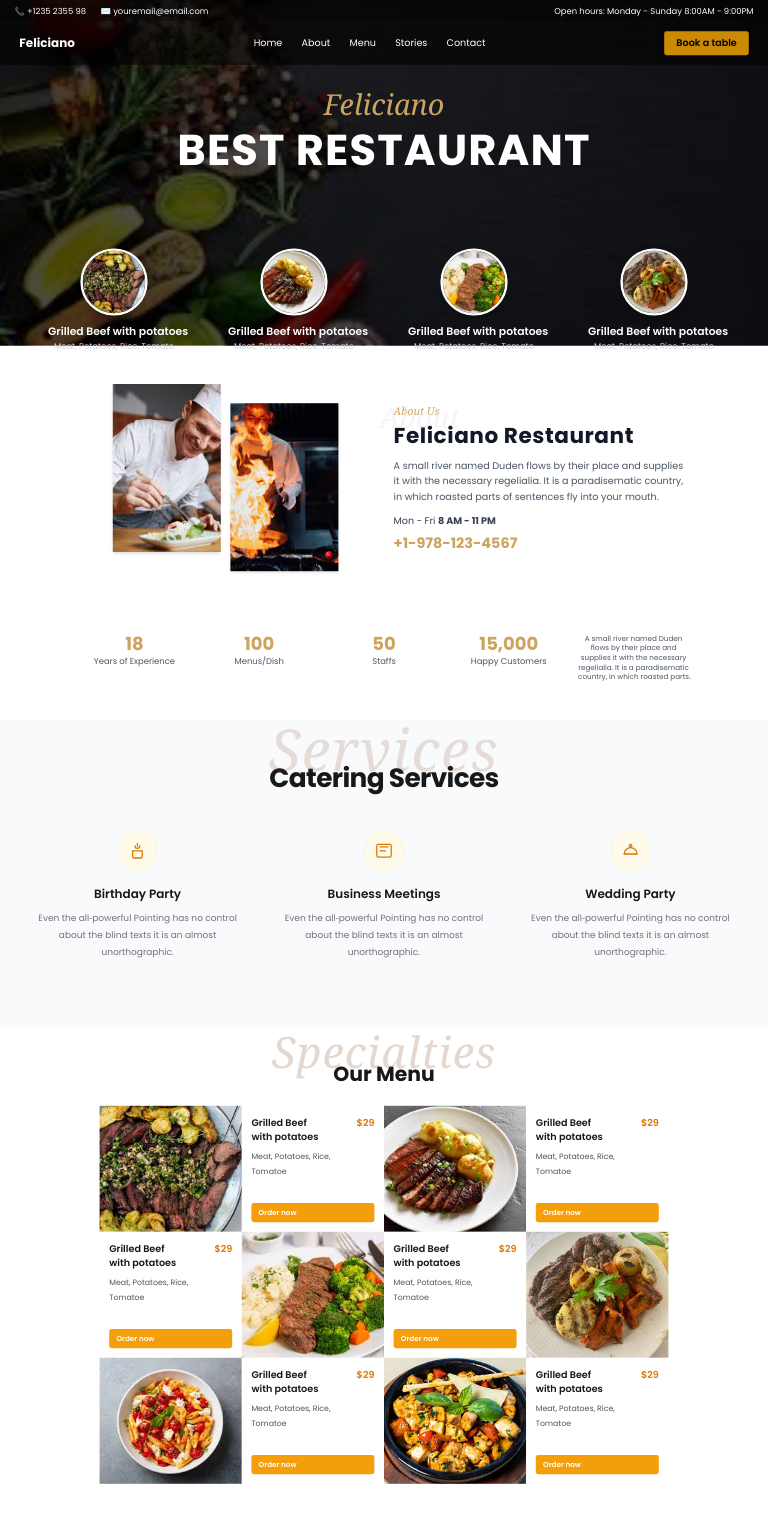
Repository: Purniagithub/Benttacproject
Page: /
The author's editor kept a copy of each file at every save. The page is drawn from the files as they stood at one save, then again after the next save.
The browser window is 1280 px wide. The pictures show the whole page, at 60% of full size.
Some web fonts or font styles are not loaded; a fallback is used. The project was rebuilt for these pictures with package versions that can differ from the ones it lists, and the page was loaded fresh each time. Also part of the build but not shown: vite.config.js.

Above is the page before, as saved 2025-08-21 18:23:01.

### index.html
<!doctype html>
<html lang="en">
  <head>
    <meta charset="UTF-8" />
    <link rel="icon" type="image/svg+xml" href="/vite.svg" />
    <link href="https://fonts.googleapis.com/css2?family=Playfair+Display:ital,wght@1,500&family=Poppins:wght@400;600;700&display=swap" rel="stylesheet">
    <link rel="preconnect" href="https://fonts.gstatic.com" crossorigin>
<link href="https://fonts.googleapis.com/css2?family=Playfair+Display:ital,wght@1,400;1,600&display=swap" rel="stylesheet">

    <meta name="viewport" content="width=device-width, initial-scale=1.0" />
    <title>Vite + React</title>
  </head>
  <body>
    <div id="root"></div>
    <script type="module" src="/src/main.jsx"></script>
  </body>
</html>

### src/App.jsx
import React from "react";
import Navbar from "./components/Navbar";
import Hero from "./components/Hero";

function App() {
  return (
    <div className="font-poppins">
      <Navbar />
      <Hero />
    </div>
  );
}

export default App;

### src/components/Navbar.jsx
import React from "react";

const Navbar = () => {
  return (
    <header className="absolute top-0 left-0 w-full z-50">
      {/* Top bar */}
      <div className="flex justify-between items-center bg-black bg-opacity-70 text-white text-sm px-6 py-2">
        <div className="flex space-x-6">
          <span>📞 +1235 2355 98</span>
          <span>✉️ youremail@email.com</span>
        </div>
        <span>Open hours: Monday - Sunday 8:00AM - 9:00PM</span>
      </div>

      {/* Main Navbar */}
      <nav className="flex justify-between items-center bg-black bg-opacity-60 text-white px-8 py-4">
        <h1 className="text-xl font-bold">Feliciano</h1>
        <ul className="flex space-x-8 font-medium">
          <li><a href="#" className="hover:text-yellow-400">Home</a></li>
          <li><a href="#" className="hover:text-yellow-400">About</a></li>
          <li><a href="#" className="hover:text-yellow-400">Menu</a></li>
          <li><a href="#" className="hover:text-yellow-400">Stories</a></li>
          <li><a href="#" className="hover:text-yellow-400">Contact</a></li>
        </ul>
        <button className="bg-yellow-600 hover:bg-yellow-700 px-5 py-2 rounded text-black font-semibold">
          Book a table
        </button>
      </nav>
    </header>
  );
};

export default Navbar;

### src/components/Hero.jsx
import React from "react";
import AboutSection from "../components/AboutSection";
import CateringServices from "./CateringServices";
import MenuTightGrid from "../components/MenuTightGrid";

const dishes = [
  { id: 1, name: "Grilled Beef with potatoes", desc: "Meat, Potatoes, Rice, Tomato", img: "/dish-1.jpeg" },
  { id: 2, name: "Grilled Beef with potatoes", desc: "Meat, Potatoes, Rice, Tomato", img: "/dish-2.jpeg" },
  { id: 3, name: "Grilled Beef with potatoes", desc: "Meat, Potatoes, Rice, Tomato", img: "/dish-3.jpeg" },
  { id: 4, name: "Grilled Beef with potatoes", desc: "Meat, Potatoes, Rice, Tomato", img: "/dish-4.jpeg" },
];

const Hero = () => {
  return (
    <>
    <section
      className="relative h-[80vh] bg-cover bg-center flex flex-col justify-center items-center text-white px-4"
      style={{ backgroundImage: "url('/img-4.jpeg')" }}
    >
      {/* Dark overlay */}
      <div className="absolute inset-0 bg-black/70"></div>

      {/* Headings */}
      <div className="relative z-10 text-center mt-20 md:mt-32 lg:mt-40">
        <h2 className="text-3xl md:text-4xl lg:text-5xl font-serif italic text-[#CDA45E]">
          Feliciano
        </h2>
        <h1 className="text-4xl md:text-5xl lg:text-7xl font-extrabold tracking-wide mt-3 md:mt-4 uppercase">
          Best Restaurant
        </h1>
      </div>

      {/* Dish Cards */}
      <div className="relative z-10 grid grid-cols-1 sm:grid-cols-2 md:grid-cols-4 gap-10 md:gap-16 lg:gap-20 mt-16 md:mt-24 lg:mt-32">
        {dishes.map((dish) => (
          <div key={dish.id} className="text-center max-w-[220px] mx-auto">
            <img
              src={dish.img}
              alt={dish.name}
              className="w-24 h-24 md:w-28 md:h-28 object-cover rounded-full mx-auto border-4 border-white shadow-lg"
            />
            <h3 className="mt-3 font-semibold text-base md:text-lg whitespace-nowrap">
              {dish.name}
            </h3>
            <p className="text-xs md:text-sm text-gray-300">{dish.desc}</p>
          </div>
        ))}
      </div>
    </section>
     {/* Other sections */}
     <AboutSection />
     <CateringServices />
     <MenuTightGrid tileHeight={210} containerWidth={980} />

</>
  );
};

export default Hero;

### src/components/AboutSection.jsx
// src/components/AboutSection.jsx
import React from "react";

export default function AboutSection() {
  return (
    <section className="w-full bg-white py-16">
      <div className="max-w-5xl mx-auto text-center">
        {/* Top Grid (Images + Content) */}
        <div className="grid grid-cols-1 lg:grid-cols-2 gap-8 items-center">
          {/* Left Images */}
          <div className="flex justify-center gap-4">
            <img
              src="/chef-1.jpeg"
              alt="Chef serving"
              className="shadow-md object-cover h-[280px] w-[180px]"
            />
            <img
              src="/chef-5.jpeg"
              alt="Cooking food"
              className="shadow-md object-cover h-[280px] w-[180px] mt-8"
            />
          </div>

          {/* Right Content */}
          <div className="text-left lg:text-left">
            <h3 className="text-lg font-serif italic text-[#CDA45E] relative mb-2">
              <span className="absolute -left-6 top-0 text-5xl text-gray-200 opacity-40">
                About
              </span>
              About Us
            </h3>
            <h2 className="text-4xl font-bold text-gray-900 mb-4 tracking-wide">
              Feliciano Restaurant
            </h2>
            <p className="text-gray-600 mb-4 leading-relaxed">
              A small river named Duden flows by their place and supplies it
              with the necessary regelialia. It is a paradisematic country, in
              which roasted parts of sentences fly into your mouth.
            </p>

            <p className="text-gray-700 mb-2">
              Mon - Fri <span className="font-bold">8 AM - 11 PM</span>
            </p>
            <p className="text-2xl font-bold text-[#CDA45E]">
              +1-978-123-4567
            </p>
          </div>
        </div>

        {/* Stats Section */}
        <div className="grid grid-cols-2 sm:grid-cols-5 gap-4 mt-16 pt-10">
          <div className="text-center">
            <h4 className="text-3xl font-bold text-[#CDA45E]">18</h4>
            <p className="text-sm text-gray-600">Years of Experience</p>
          </div>
          <div className="text-center">
            <h4 className="text-3xl font-bold text-[#CDA45E]">100</h4>
            <p className="text-sm text-gray-600">Menus/Dish</p>
          </div>
          <div className="text-center">
            <h4 className="text-3xl font-bold text-[#CDA45E]">50</h4>
            <p className="text-sm text-gray-600">Staffs</p>
          </div>
          <div className="text-center">
            <h4 className="text-3xl font-bold text-[#CDA45E]">15,000</h4>
            <p className="text-sm text-gray-600">Happy Customers</p>
          </div>
          <div className="text-center text-xs line-clamp-5">
            <p className="text-xs text-gray-600">A small river named Duden flows by their place and supplies it
              with the necessary regelialia. It is a paradisematic country, in
              which roasted parts of sentences fly into your mouth.</p>
          </div>
        </div>
      </div>
    </section>
  );
}

### src/components/CateringServices.jsx
import React from "react";

function IconCake(props) {
  return (
    <svg viewBox="0 0 24 24" aria-hidden="true" {...props}>
      <g fill="none" stroke="currentColor" strokeWidth="1.6" strokeLinecap="round" strokeLinejoin="round">
        <path d="M12 3v3" />
        <path d="M9 6a3 3 0 1 0 6 0" />
        <path d="M6 12h12" />
        <path d="M6 12v7a2 2 0 0 0 2 2h8a2 2 0 0 0 2-2v-7" />
      </g>
    </svg>
  );
}

function IconMeeting(props) {
  return (
    <svg viewBox="0 0 24 24" aria-hidden="true" {...props}>
      <g fill="none" stroke="currentColor" strokeWidth="1.6" strokeLinecap="round" strokeLinejoin="round">
        <path d="M7 7h10M7 12h7" />
        <path d="M3 18a2 2 0 0 0 2 2h14a2 2 0 0 0 2-2V6a2 2 0 0 0-2-2H5a2 2 0 0 0-2 2z" />
      </g>
    </svg>
  );
}

function IconCloche(props) {
  return (
    <svg viewBox="0 0 24 24" aria-hidden="true" {...props}>
      <g fill="none" stroke="currentColor" strokeWidth="1.6" strokeLinecap="round" strokeLinejoin="round">
        <path d="M12 7a1.5 1.5 0 1 0 0-3 1.5 1.5 0 0 0 0 3z" />
        <path d="M4 16a8 8 0 1 1 16 0" />
        <path d="M4 16h16" />
      </g>
    </svg>
  );
}

const cards = [
  {
    title: "Birthday Party",
    text:
      "Even the all‑powerful Pointing has no control about the blind texts it is an almost unorthographic.",
    Icon: IconCake,
  },
  {
    title: "Business Meetings",
    text:
      "Even the all‑powerful Pointing has no control about the blind texts it is an almost unorthographic.",
    Icon: IconMeeting,
  },
  {
    title: "Wedding Party",
    text:
      "Even the all‑powerful Pointing has no control about the blind texts it is an almost unorthographic.",
    Icon: IconCloche,
  },
];

export default function CateringServices({
  id = "services",
  heading = "Catering Services",
  accent = "Services",
}) {
  return (
    <section id={id} className="relative isolate bg-gray-50 py-24 sm:py-28">
      {/* Accent word behind heading */}
      <div aria-hidden className="pointer-events-none absolute inset-x-0 -top-1 sm:top-0 text-center">
        <span className="select-none font-serif italic tracking-wide text-amber-900/15 text-7xl sm:text-8xl md:text-[96px] leading-none">
          {accent}
        </span>
      </div>

      <div className="mx-auto max-w-[1200px] px-4">
        {/* Main heading */}
        <h2 className="text-center text-[34px] sm:text-[38px] md:text-[44px] font-extrabold tracking-tight text-zinc-900 -mt-12">
          {heading}
        </h2>

        {/* Cards */}
        <div className="mt-14 grid grid-cols-1 md:grid-cols-3 gap-12 md:gap-16">
          {cards.map(({ title, text, Icon }) => (
            <article key={title} className="text-center">
              <div className="mx-auto mb-6 flex h-16 w-16 items-center justify-center rounded-full bg-amber-50 ring-1 ring-amber-100 text-amber-600">
                <Icon className="h-8 w-8" />
              </div>
              <h3 className="text-[20px] font-semibold text-zinc-900">{title}</h3>
              <p className="mt-3 mx-auto max-w-[340px] text-[15px] leading-7 text-zinc-500">
                {text}
              </p>
            </article>
          ))}
        </div>
      </div>
    </section>
  );
}

### src/components/MenuTightGrid.jsx
import React from "react";

const tiles = [
  // Row 1
  { type: "image", src: "/dish-1.jpeg", alt: "Dish 1" },
  { type: "card",  title: "Grilled Beef\nwith potatoes", price: 29, lines: ["Meat, Potatoes, Rice,", "Tomatoe"] },
  { type: "image", src: "/dish-2.jpeg", alt: "Dish 2" },
  { type: "card",  title: "Grilled Beef\nwith potatoes", price: 29, lines: ["Meat, Potatoes, Rice,", "Tomatoe"] },
  // Row 2
  { type: "card",  title: "Grilled Beef\nwith potatoes", price: 29, lines: ["Meat, Potatoes, Rice,", "Tomatoe"] },
  { type: "image", src: "/dish-3.jpeg", alt: "Dish 3" },
  { type: "card",  title: "Grilled Beef\nwith potatoes", price: 29, lines: ["Meat, Potatoes, Rice,", "Tomatoe"] },
  { type: "image", src: "/dish-4.jpeg", alt: "Dish 5" },
  // Row 3
  { type: "image", src: "/dish-5.jpeg", alt: "Dish 6" },
  { type: "card",  title: "Grilled Beef\nwith potatoes", price: 29, lines: ["Meat, Potatoes, Rice,", "Tomatoe"] },
  { type: "image", src: "/dish-6.jpeg", alt: "Dish 6" },
  { type: "card",  title: "Grilled Beef\nwith potatoes", price: 29, lines: ["Meat, Potatoes, Rice,", "Tomatoe"] },
];

function Price({ value }) {
  return <span className="text-[16px] font-semibold text-amber-600">{`$${value}`}</span>;
}

function OrderBtn() {
  return (
    <button className="inline-flex h-8 items-center rounded bg-amber-500 px-3 text-xs font-semibold text-white hover:bg-amber-600">
      Order now
    </button>
  );
}

function Card({ title, price, lines }) {
  return (
    // NO outer padding or margin; fill the grid cell entirely
    <div className="h-full w-full bg-white">
      {/* Internal spacing for the card content only */}
      <article className="flex h-full w-full flex-col justify-between p-4">
        <div>
          <div className="flex items-start justify-between gap-3">
            <h3 className="whitespace-pre-line text-[16px] font-semibold leading-6 text-zinc-900">
              {title}
            </h3>
            <Price value={price} />
          </div>
          <ul className="mt-2 space-y-0.5 text-[13px] leading-6 text-zinc-600">
            {lines.map((t, i) => (
              <li key={i}>{t}</li>
            ))}
          </ul>
        </div>
        <OrderBtn />
      </article>
    </div>
  );
}

function TileImage({ src, alt }) {
  return (
    // NO padding/margin; image covers the tile
    <div className="h-full w-full">
      <img src={src} alt={alt} className="h-full w-full object-cover" loading="lazy" />
    </div>
  );
}

export default function MenuTightGrid({
  id = "menu",
  heading = "Our Menu",
  accent = "Specialties",
  data = tiles,
  // Adjust these two to tune exact size
  tileHeight = 210,      // each tile’s fixed height (px)
  containerWidth = 980,  // overall section width (px)
}) {
  return (
    <section id={id} className="relative isolate bg-white py-14">
      {/* Accent script word behind heading */}
      <div aria-hidden className="pointer-events-none absolute inset-x-0 top-1 text-center">
        <span className="select-none font-serif italic text-[60px] md:text-[72px] leading-none tracking-wide text-amber-900/20">
          {accent}
        </span>
      </div>

      <div className="mx-auto px-4" style={{ maxWidth: `${containerWidth}px` }}>
        <h2 className="text-center text-[30px] md:text-[34px] font-extrabold leading-tight text-zinc-900">
          {heading}
        </h2>

        {/* 4-column grid — zero gap, zero padding */}
        <div className="mt-8 grid grid-cols-4 gap-0">
          {data.map((t, i) => (
            <div key={i} className="m-0 p-0" style={{ height: `${tileHeight}px` }}>
              {t.type === "card" ? (
                <Card title={t.title} price={t.price} lines={t.lines} />
              ) : (
                <TileImage src={t.src} alt={t.alt} />
              )}
            </div>
          ))}
        </div>
      </div>
    </section>
  );
}

### tailwind.config.js
/** @type {import('tailwindcss').Config} */
export default {
  content: ["./index.html",
    "./src/**/*.{js,ts,jsx,tsx}",],
  theme: {
    extend: {fontFamily: {
      sans: ['Poppins', 'sans-serif'],
      serif: ['Playfair Display', "Georgia", 'serif'],
    },
    colors: {
      gold: "#CDA45E",
    },},
  },
  plugins: [],
}

Loaded but not shown: src/main.jsx (common file); src/index.css (common file)

After the next save:
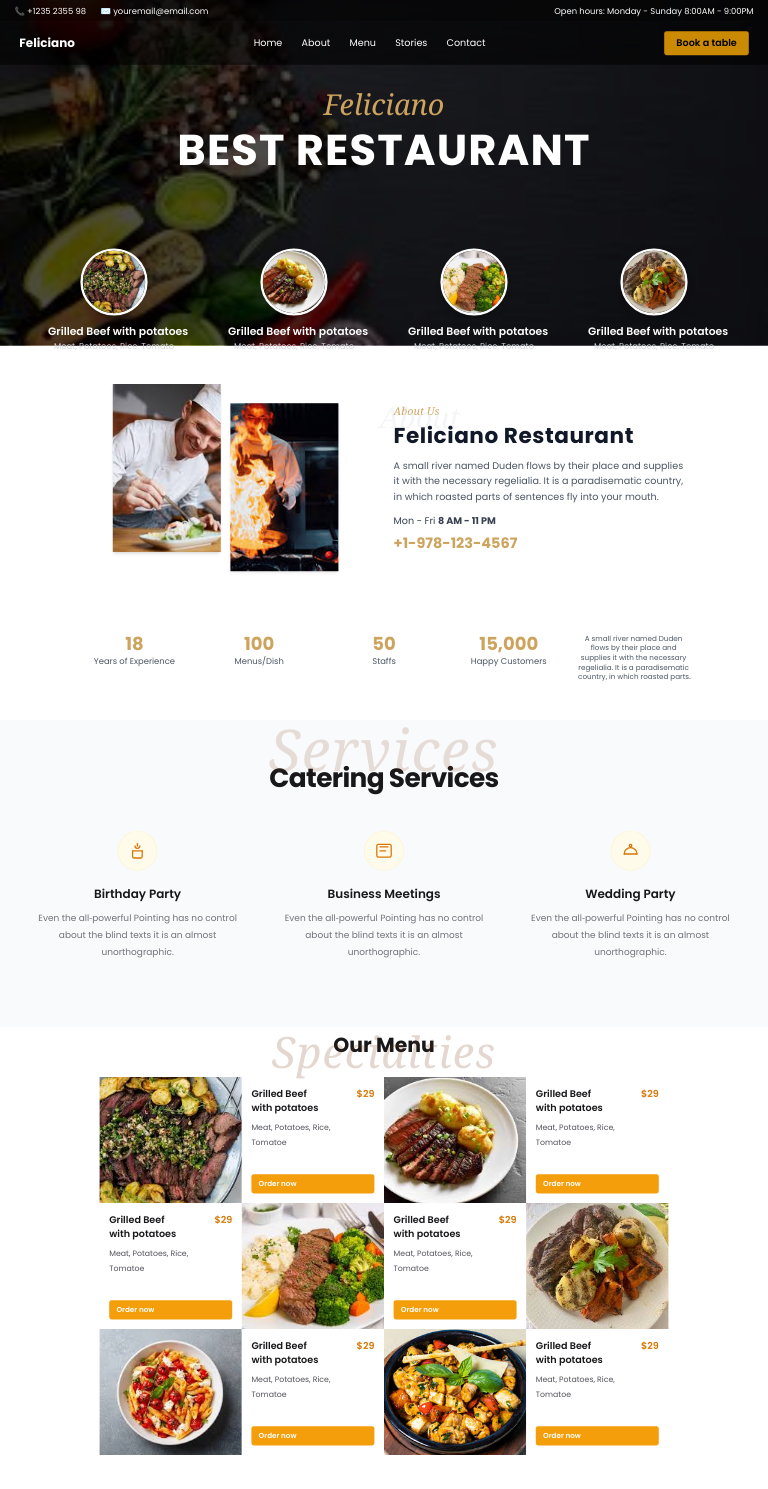
Saved 2 min 30 s later.
--- a/src/components/MenuTightGrid.jsx
+++ b/src/components/MenuTightGrid.jsx
@@ -83,7 +83,7 @@ export default function MenuTightGrid({
       </div>
 
       <div className="mx-auto px-4" style={{ maxWidth: `${containerWidth}px` }}>
-        <h2 className="text-center text-[30px] md:text-[34px] font-extrabold leading-tight text-zinc-900">
+        <h2 className="text-center text-[30px] md:text-[34px] font-extrabold leading-tight text-zinc-900 -mt-12">
           {heading}
         </h2>
 
